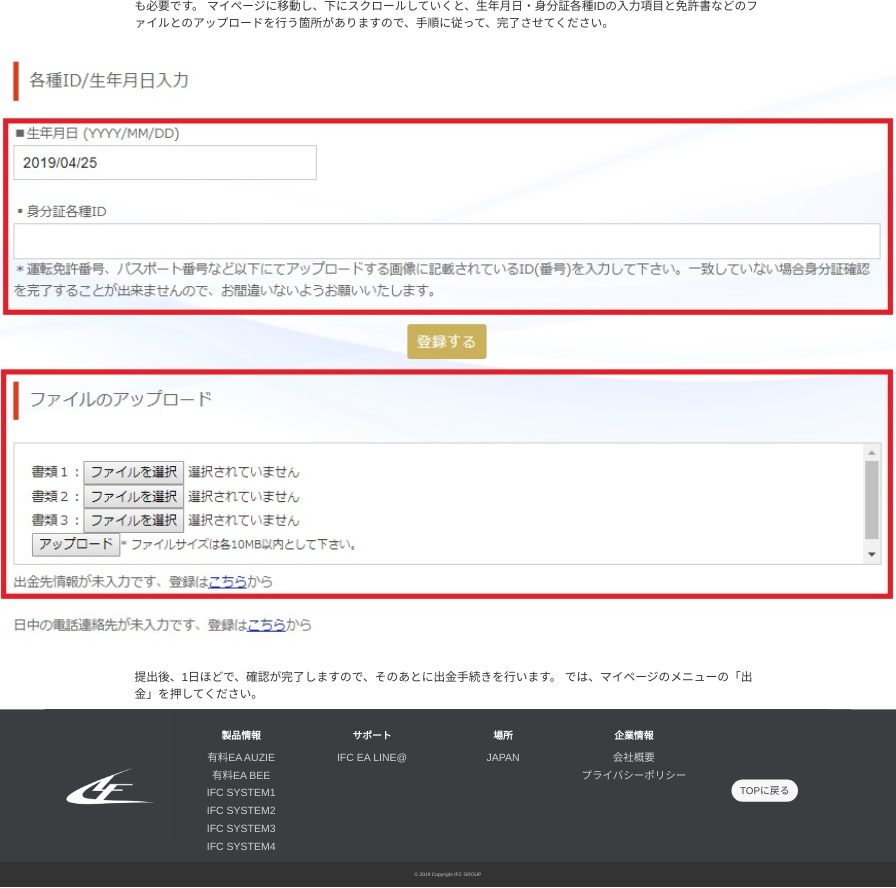
Repository: kkttuu1013/ProjectCeed
Page: http://localhost/start/4
The author's editor kept a record of every edit. The page is drawn from the files as they stood at one moment, then again after the next edit.
The browser window is 1280 px wide. The pictures show the part of the page from y = 798 to 2718 px (the page is 2066 px tall before and 2718 px after), at 70% of full size.
Some web libraries are served in a nearby version. The page is served by the project's Node server (server.js).

Above is the page before.
Console error: ReferenceError: jQuery is not defined

### views/back.ejs
<!DOCTYPE html>
<html lang="en">
<head>
    <meta charset="UTF-8">
    <meta name="viewport" content="width=device-width, initial-scale=1">
    <title>Hello Bulma!</title>
    <link href="../main.css" rel="stylesheet" type="text/css"/>
    <link rel="stylesheet" href="../bulma/bulma.css">
    <script defer src="https://use.fontawesome.com/releases/v5.0.7/js/all.js"></script>
    <meta http-equiv="X-UA-Compatible" content="ie=edge">
    <link rel="stylesheet" href="https://maxcdn.bootstrapcdn.com/bootstrap/3.3.6/css/bootstrap.min.css" />
    <title>Document</title>
    <script src="../main.js"></script>
</head>
<body>
    <img src="/image/4.jpg" class="sidepd4">
    <hr class="hr1">

  <div class="wrapper2" >
     <p class="txt1">
    <strong>1.出金方法</strong><br>
    </p>
    </div>
    <div class="wrapper4">
    <p class="txt">

    出金を行うには、「3. 個人情報の登録」を完了しておくことが必須です。また、免許書などの個人情報のアップロードも必要です。

    マイページに移動し、下にスクロールしていくと、生年月日・身分証各種IDの入力項目と免許書などのファイルとのアップロードを行う箇所がありますので、手順に従って、完了させてください。
    </p>
    </div>
    <div class="wrapper5">
    <img class="responsiveImg" src="/images/28.jpg">
    </div>

    <div class="wrapper4">
    <p class="txt">
    提出後、1日ほどで、確認が完了しますので、そのあとに出金手続きを行います。
    では、マイページのメニューの「出金」を押してください。
    </p>
    </div>






    <footer id="myFooter">
        <div id="mycontainer" class="container blackDiv">
            <div class="row blackDiv">
                <div id="image_wrapper" class="col-sm-12 col-md-2 blackDiv">
                    <h2 class="logo"><a href="#"><img id="ifcLogo" src="/image/IFC rogo.png"></a></h2>
                </div>
                <div class="col-sm-12 col-md-2 blackDiv footerList" >
                    <h5>製品情報</h5>
                    <ul>
                        <li><a href="https://www.ifc752.com/gallery">有料EA AUZIE</a></li>
                        <li><a href="https://www.ifc752.com/bee">有料EA BEE</a></li>
                        <li><a href="https://www.ifc752.com/blank-2">IFC SYSTEM1</a></li>
                        <li><a href="https://www.ifc752.com/ifcsystem1">IFC SYSTEM2</a></li>
                        <li><a href="https://www.ifc752.com/ifcsystem2">IFC SYSTEM3</a></li>
                        <li><a href="https://www.ifc752.com/ifcsystem4-3">IFC SYSTEM4</a></li>
                    </ul>
                </div>
                <div class="col-sm-12 col-md-2 blackDiv footerList">
                    <h5>サポート</h5>
                    <ul>
                        <li><a href="https://line.me/R/ti/p/%40vbu5369m">IFC EA LINE@</a></li>
                    </ul>
                </div>
                <div class="col-sm-12 col-md-2 blackDiv footerList">
                    <h5>場所</h5>
                    <ul>
                        <li>JAPAN</li>

                    </ul>
                </div>
                <div class="col-sm-12 col-md-2 blackDiv footerList">
                    <h5>企業情報</h5>
                    <ul>
                        <li><a href="https://www.sinseeddeviation.com/">会社概要</a></li>
                        <li><a href="/privacypolicy">プライバシーポリシー</a></li>
                    </ul>
                </div>
                <div id="button_wrapper" class="col-sm-12 col-md-2 blackDiv">
                    <button onclick="location.href='/'" type="button" class="btn btn-default">TOPに戻る</button>
                </div>
            </div>
        </div>
        <div class="footer-copyright">
            <p>© 2019 Copyright IFC GROUP </p>
        </div>
    </footer>


    <script src="https://code.jquery.com/jquery-3.4.1.js"
            integrity="sha256-WpOohJOqMqqyKL9FccASB9O0KwACQJpFTUBLTYOVvVU="
            crossorigin="anonymous"></script>
    <script src="https://ajax.googleapis.com/ajax/libs/jquery/1.12.4/jquery.min.js"></script>
    <script src="https://maxcdn.bootstrapcdn.com/bootstrap/3.3.7/js/bootstrap.min.js"></script>
<script src="main.js"></script>
</body>

</html>

### server.js
const express = require('express');
const app = express();
const cool = require('cool-ascii-faces')
const PORT = process.env.PORT || 3000;

app.set('views', './views');
app.set("view engine", "ejs");
app.use( express.static( __dirname ) );

app.get('/',function(req, res){
    res.render("index");
});

app.get('/whatisea/', function(req, res){
    res.render("whatisea")
})

app.get('/free/', function(req, res){
    res.render("free")
})

app.get('/cool', (req, res)=> res.send(cool()));

app.get('/privacypolicy', function(req, res){
    res.render("privacypolicy")
})

app.get('/stream', function(req, res){
    res.render("stream");
})

app.get('/start', function(req, res){
    res.render("start");
})

app.get('/start/2', function(req,res){
    res.render("money");
})

app.get('/start/3', function(req,res){
    res.render("mt4");
})

app.get('/start/4', function(req,res){
    res.render("back");
})

app.use(function(err, req, res, next){
	res.status(500);
	res.end('my 500 error! : ' + err);
});

app.listen(PORT);

### main.css
body{
    color: black;
    padding: 0;
    margin: 0;
}

.top-padding{
    padding: 5% 15% 5% 15%;
}

.responsiveImg{
    width: 100%;
}

.whitediv{
    background-color: white !important;
}



.right-half {
    position: absolute;
    right: 0px;
    width: 50%;
    height: 40%;
}

.margin-zero{
    margin: 0;
    padding: 0;
}
.img-whitebar{
    margin: 0px;
}
#leftHalf {
    width: 50%;
    position: absolute;
    left: 0px;
    height: 100%;
}

.mgpdzero{
    margin-bottom: 0px;
    padding: 0;
}

#topPos{
    width: 100%;
}

.sidepd{
    padding: 0px  10% 6% 10%;
}

.sidepd2{
    padding: 0% 10% 0% 10%;
}

.sidepd3{
    margin-left: auto;
    margin-right: auto;
    width: 100%;
}

.sidepd4{
    padding: 0% 10% 0% 10%;
}



.addtoppd{
    padding-top: 5%;
}


.navbar
{
    border: 0 !important;
}

.containBtn{
    position: relative;
    text-align: center;
    z-index: 0;
}

#container {
    position:relative;
    display: block;
}

.column{
    padding: 0;
    margin: 0;
}

.skyblue{
    color: #3D9BE9;
}

.wrapper {
    max-width: 70%;
    margin: 0 auto;
    text-align: center;
    background: white;
  }
.wrapper2{
    padding: 1.3em 1em;
    margin: auto;
    margin-top: 5%;
    color: #2c2c2f;
    background: #cde4ff;/*背景色*/
    width: 100%;
    height: 80px;
    text-align: left;
}

.wrapper4 {
    max-width: 70%;
    margin: 0 auto;
    margin-top: 2em;
    text-align: center;
    background: white;
  }

 .wrapper5 {
    margin: 0 auto;
    margin-top: 2em;
    text-align: center;
    background: white;
  }

.next {
  background-color: #4CAF50;
  color: white;
  text-align: center;
  text-decoration: none;
  display: inline-block;
  padding: 8px 16px;
}

.round {
  border-radius: 50%;
}

.mgtop{
    margin-top: 1em;
}


.txt{
    font-size: 1.2em;
    text-align: left;
}

.txt1 {
    display: inline-block;
    text-align: center;
    font-size: 2em;
}

#link{
    text-align: center;
    background: white;

}

.hr1{
    height: 3px;
}





#mycontainer .container{
    height: 50px;
    width: 100px;
}

#img2 {
    width: 50px;
    height: auto;
    position: absolute;
    left: 61.5%;
    top: 20%;
}

#img3 {
    width: 50px;
    height: auto;
    position: absolute;
    left: 1170px;
    top: 15px;
}

#img4 {
    width: 50px;
    height: auto;
    position: absolute;
    left: 100%;
    top: 15px;
}

.fixedTop{
    position: fixed;
    top: 0;
    z-index: 10;
}

#toTop{
    width: 12%;

}

#toTop:focus{
    outline: none;
}

#toEA{
    left: 11%;
    width: 18.5%;
}

#gotoea{
    position: absolute;
    bottom: 29%;
    left: 23.5%;
    text-align: center;
    font-size: 1.5vw;
}

#gotofree{
    position: absolute;
    bottom: 30%;
    left: 60%;
    text-align: center;
    font-size: 1.5vw;
}



#toEA:focus{
    outline: none;
}

#toFree{
    left: 28.5%;
    width: 20%;
}

#toFree:focus{
    outline: none;
}

#gotostream{
    position: absolute;
    bottom: 35%;
    left: 26%;
    font-size: 1.5vw;
}

#gotostream2{
    position: absolute;
    bottom: 15%;
    left: 60%;
    font-size: 1.4vw;
}

#toStream{
    left: 47.8%;
    width: 19.6%;
}

#toStream:focus{
    outline: none;
}

#toLine{
    left: 67.4%;
    width: 11%;
}

#toLine:focus{
    outline: none;
}


#toStart{
    left: 78.3%;
    width: 27.8%;
}

#toStart:focus{
    outline: none;
}

.videocontainer{
    position: relative;
    width: 100%;
    padding-top: 30%;
    padding-left: 10%;
    padding-right: 10%;
    padding-bottom: 10%;
}

.streamframe{
    position: absolute;
    top: 10%;
    right: 25%;
    width: 1000px;
    height: 500px;
}

.signal{
    top: 1.5%;
    left: 64%;
    width: 3%;
}

@media screen and (max-width: 600px) {
    .signal{top: 1%;}
}

div {
    background-color: #F7F7F8;
  }

#mycontainer{
    width: 100%;
}

#myFooter {
    background-color: #3c3d41;
    color: white;
    width: 100%;

}

#myFooter .footer-copyright {
    background-color: #333333;
    padding-top: 3px;
    padding-bottom: 3px;
    text-align: center;
    font-size: 50%;
}

#myFooter .row {
    margin-bottom: 0px;
    width: 100%;
}

#myFooter .navbar-brand {
    margin-top: 45px;
    height: 65px;
}

#myFooter .footer-copyright p {
    margin: 10px;
    color: #ccc;
}

#myFooter ul {
    list-style-type: none;
    padding-left: 0;
    line-height: 1.7;
    text-align: center;
}

#myFooter h5 {
    color: white;
    font-weight: bold;
    margin-top: 30px;
    text-align: center;

}

#myFooter h2 a{
    font-size: 50px;
    text-align: center;
    color: #fff;
}

#myFooter a {
    width: 100%;
    color: #d2d1d1;
    text-decoration: none;
    font-size: 15px;

}

#myFooter li{
    width: 100%;
    color: #d2d1d1;
    text-decoration: none;
    font-size: 15px;
}

#myFooter a:hover,
#myFooter a:focus {
    text-decoration: none;
    color: white;
}

#myFooter .social-networks {
    text-align: center;
    padding-top: 100px;
    padding-bottom: 16px;
}

#myFooter .social-networks a {
    font-size: 10px;
    color: #f9f9f9;
    padding: 10px;
    transition: 0.2s;
}

#myFooter .social-networks a:hover {
    text-decoration: none;
}

#myFooter .facebook:hover {
    color: #0077e2;
}

#myFooter .google:hover {
    color: #ef1a1a;
}

#myFooter .twitter:hover {
    color: #00aced;
}

#myFooter .btn {
    color: #3c3d41;
    background-color: #F7F7F8;
    border-radius: 20px;
    border: none;
    margin: auto;
    margin-top: 100px;
}

#button_wrapper{
    text-align: center;
}

#ifcLogo{
    height: auto;
    width: 200px;
    padding-right: 10px;
    padding-left:  10px;
    padding-top: 25px;
}

.mobile{
    display: none;
}

@media screen and (max-width: 1023px) {
    #myFooter .row {
    margin-bottom: 0px;
}
    #image_wrapper{
        text-align: center;
    }

    #myFooter .btn{
        margin-top: 50px;
        margin-bottom: 50px;
    }

    .desktop{
        display: none;
    }

    .mobile{
        display: block;
        width: 100%;
    }
    #toTop{
        width: 100%;
    }
    #imgMain{
        margin-top: 10%;
    }


}

@media screen and (max-width: 767px) {
    .sidepd{
        padding: 0 0 20% 0;
    }
    .top-padding{
        padding: 5% 0 5% 0;
    }

    #gotoea{
        bottom: 29%;
        left: 18%;
        font-size: 2vw;
    }

    #gotostream{
        position: absolute;
        bottom: 35%;
        left: 21%;
        font-size: 2vw;
    }

     #gotofree{
        position: absolute;
        bottom: 7%;
        left: 40%;
        font-size: 3vw;
    }

    #gotoea{
        position: absolute;
        bottom: 7%;
        left: 40%;
        font-size: 3vw;
    }

    #gotostream{
        position: absolute;
        bottom: 7%;
        left: 40%;
        font-size: 3vw;
    }





}

@media (max-width: 525px){
    .containimg {
        width: auto;
        }
    .insideimg{
        width: 100%;
        height: auto;
    }
}


.blackDiv{
    background-color: #3c3d41;
    font-size: 80%;
}


/* ============== */
/*     footer     */
/* ============== */

### main.js
/* global $ */

jQuery(function(){

    function fadeIn()
{
   $(this).fadeIn( fadeOut );
}

function fadeOut()
{
   $(this).fadeOut( fadeIn );
}

fadeIn.call($(".signal"));

 });



 //向かいたい先の位置を変数positionに入れる。
var topPos = $("#topPos").offset().top;
var eaPos = $("#eaPos").offset().top;
var freePos = $("#freePos").offset().top;
var livePos = $("#livePos").offset().top;
var linePos = $("#linePos").offset().top;
var startPos = $("#startPos").offset().top;　//最初の要素の、ドキュメント上での表示位置[y軸]を返す

var bootstrap_enabled = (typeof $().modal == 'function');


//TO TOP BUTTON
$(document).on("click","#toTop",function(){
   console.log("pressed!");
   $("html,body").animate({
        scrollTop : topPos // さっき変数に入れた位置まで
    }, {
        queue : false,　// どれくらい経過してから、アニメーションを始めるか。キュー[待ち行列]。falseを指定すると、キューに追加されずに即座にアニメーションを実行。
    });
});

$(document).on("click",".btn-default",function(){
    console.log("pressed!");
    $("html,body").animate({
         scrollTop : topPos // さっき変数に入れた位置まで
     }, {
         queue : false,　// どれくらい経過してから、アニメーションを始めるか。キュー[待ち行列]。falseを指定すると、キューに追加されずに即座にアニメーションを実行。
     });
 });

$(document).on("click","#toEA",function(){
    console.log("pressed!");
    $("html,body").animate({
         scrollTop : eaPos // さっき変数に入れた位置まで
     }, {
         queue : false,　// どれくらい経過してから、アニメーションを始めるか。キュー[待ち行列]。falseを指定すると、キューに追加されずに即座にアニメーションを実行。
     });
 });

 $(document).on("click","#toFree",function(){
    console.log("pressed!");
    $("html,body").animate({
         scrollTop : freePos // さっき変数に入れた位置まで
     }, {
         queue : false,　// どれくらい経過してから、アニメーションを始めるか。キュー[待ち行列]。falseを指定すると、キューに追加されずに即座にアニメーションを実行。
     });
 });

 $(document).on("click","#toStream",function(){
    console.log("pressed!");
    $("html,body").animate({
         scrollTop : livePos // さっき変数に入れた位置まで
     }, {
         queue : false,　// どれくらい経過してから、アニメーションを始めるか。キュー[待ち行列]。falseを指定すると、キューに追加されずに即座にアニメーションを実行。
     });
 });

 $(document).on("click","#toLine",function(){
    console.log("pressed!");
    $("html,body").animate({
         scrollTop : linePos // さっき変数に入れた位置まで
     }, {
         queue : false,　// どれくらい経過してから、アニメーションを始めるか。キュー[待ち行列]。falseを指定すると、キューに追加されずに即座にアニメーションを実行。
     });
 });

 $(document).on("click","#toStart",function(){
    console.log("pressed!");
    $("html,body").animate({
         scrollTop : startPos // さっき変数に入れた位置まで
     }, {
         queue : false,　// どれくらい経過してから、アニメーションを始めるか。キュー[待ち行列]。falseを指定すると、キューに追加されずに即座にアニメーションを実行。
     });
 });

Loaded but not shown: bulma/bulma.css (library)

After the next edit:
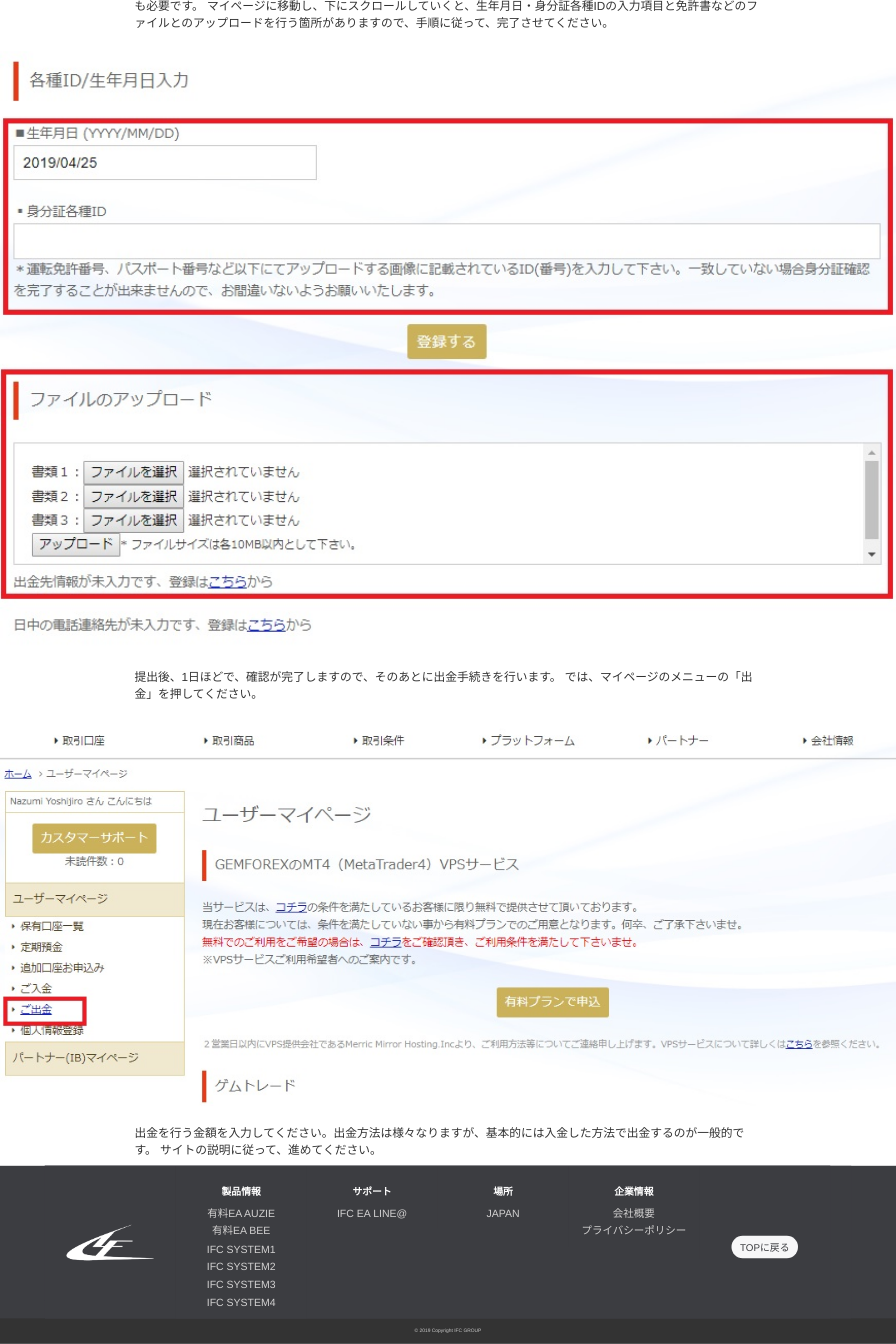
The edit:
--- a/views/back.ejs
+++ b/views/back.ejs
@@ -37,6 +37,17 @@
     <p class="txt">
     提出後、1日ほどで、確認が完了しますので、そのあとに出金手続きを行います。
     では、マイページのメニューの「出金」を押してください。
+    </p>
+    </div>
+
+    <div class="wrapper5">
+    <img class="responsiveImg" src="/images/24.jpg">
+    </div>
+
+    <div class="wrapper4">
+    <p class="txt">
+    出金を行う金額を入力してください。出金方法は様々なりますが、基本的には入金した方法で出金するのが一般的です。
+    サイトの説明に従って、進めてください。
     </p>
     </div>
 
